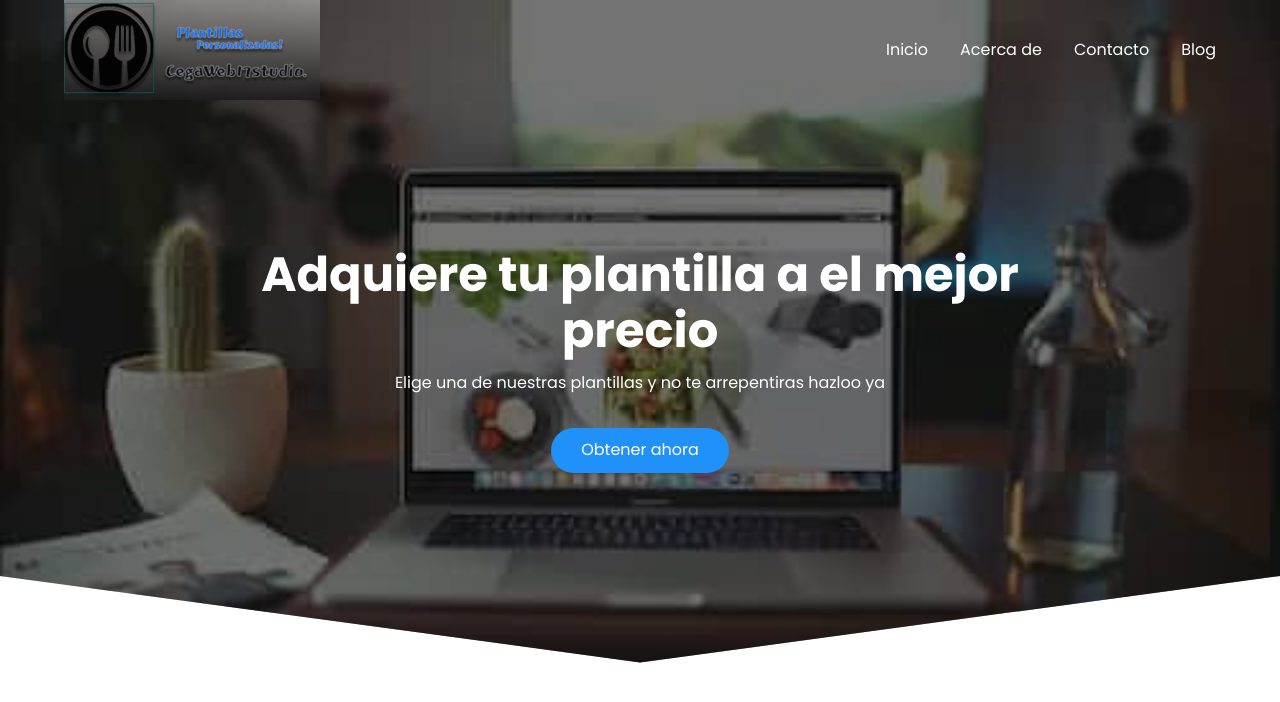
Repository: cega17/una-pagina-web
Page: index.html
These files come from the project's save history. The page is drawn as it stood at one moment and after the next save; the edit follows.
The browser window is 1280 px wide. The pictures show the whole page.

Above is the page before, as saved 2023-10-28 20:19:51.

### index.html
<!DOCTYPE html>
<html lang="en">
<head>
    <meta charset="UTF-8">
    <meta http-equiv="X-UA-Compatible" content="IE=edge">
    <meta name="viewport" content="width=device-width, initial-scale=1.0">
    <title>Una pagina web</title>
    <link rel="stylesheet" href="./css/normalize.css">
    <link rel="stylesheet" href="./css/styles.css">
    <link rel="icon" href="./imgs/logo.ico">
    <meta name="theme-color" content="#2091F9">

    <meta name="title" content="Obten la plantilla para tu negocio">
    <meta name="description"
        content="Hola, somos un equipo de desarrollo web que verás cuando busques algo de mi temática en Google.">
        <meta property="og:type" content="website">
    <meta property="og:url" content="Tu cueta donde este alojada la pagina web">

</head>
<body>

    <header class="hero">
        <nav class="nav container">
            <div class="nav__logo">
                <img src="./imgs/logo.ico" alt="" class="nav__title">
            </div>

            <ul class="nav__link nav__link--menu">
                <li class="nav__items">Inicio</li>
                <li class="nav__items">Acerca de</li>
                <li class="nav__items">Contacto</li>
                <li class="nav__items">Blog</li>

                <img src="./imgs/close.svg" alt="" class="nav__close">

            </ul>
            <div class="nav__menu">
                <img src="./imgs/menu.svg" alt="" class="nav__img">
            </div>
        </nav>

        <section class="hero__container container">
            <h1 class="hero__title">Adquiere tu plantilla a el mejor precio</h1>
            <p class="hero__paragrph">Elige una de nuestras plantillas y no te arrepentiras hazloo ya</p>
            <a href="#" class="cta">Obtener ahora</a>

        </section>

    </header>

</body>
</html>

### css/styles.css
@import url('https://fonts.googleapis.com/css2?family=Poppins:wght@300;400;600;700&display=swap');

:root {
    --padding-container: 100px 0;
    --color-title: #001A49;
}

body {
    font-family: 'Poppins', sans-serif;
}
.container{
    width: 90%;
    max-width: 1200px;
    margin: 0 auto;
    overflow: hidden;
    padding: var(--padding-container);
}

.hero{

    width: 100%;
    height: 100vh;
    min-height: 600px;
    max-height: 800px;
    position: relative;
    display: grid;
    grid-template-rows: 100px 1fr;
    color: #fff;
}

.hero::before{
    content: "";
    position: absolute;
    top: 0;
    left: 0;
    width: 100%;
    height: 100%;
    background-image: linear-gradient(180deg, #0000008c 0%, #0000008c 100%), url('../imgs/fondo-una-pagina.jpg');
    background-size: cover;
    clip-path: polygon(0 0, 100% 0, 100% 80%, 50% 92%, 0 80%);
    z-index: -1;
}

/* Inicio de nav*/

.nav{
    --padding-container:0;
    height: 100%;
    display:flex;
    align-items: center;
}
.nav__title{
    font-weight: 300;
}

.nav__link{
    margin-left: auto;
    padding: 0;
    display: grid;
    grid-auto-flow: column;
    grid-auto-columns: max-content;
    gap: 2em;
}
.nav__items{
    list-style: none;
}
.nav__links{
    color:#fff;
    text-decoration: none;
}
.nav__menu{
    margin-left: auto;
    cursor: pointer;
    display:none;
}
.nav__img{
    display: block;
    width: 30px;
}
.nav__close{
    display: var(--show, none);
}

/* fin de nav */

/* Inicio hero container */

.hero__container{
    max-width: 800px;
    --padding-container:0;
    display: grid;
    grid-auto-rows: max-content;
    align-content: center;
    gap: 1em;
    padding-bottom: 100px;
    text-align: center;
}
.nav__logo{
    background:linear-gradient(180deg, #d6d3d38c 0%, #191818f1 100%);
}
.hero__title{
    font-size: 3rem;

}
.hero__paragrph{
    margin-bottom: 20px;

}
.cta{
    display: inline-block;
    background-color: #2091f9;
    justify-self: center;
    color:#fff;
    text-decoration: none;
    padding:13px 30px ;
    border-radius: 32px;
}

### imgs/close.svg
<svg xmlns="http://www.w3.org/2000/svg" width="24" height="24" viewBox="0 0 24 24" style="fill: #fff);transform: ;msFilter:;"><path d="M12 2C6.486 2 2 6.486 2 12s4.486 10 10 10 10-4.486 10-10S17.514 2 12 2zm4.207 12.793-1.414 1.414L12 13.414l-2.793 2.793-1.414-1.414L10.586 12 7.793 9.207l1.414-1.414L12 10.586l2.793-2.793 1.414 1.414L13.414 12l2.793 2.793z"></path></svg>

### imgs/menu.svg
<svg xmlns="http://www.w3.org/2000/svg" width="24" height="24" viewBox="0 0 24 24" style="fill: #fff);transform: ;msFilter:;"><path d="M4 6h16v2H4zm4 5h12v2H8zm5 5h7v2h-7z"></path></svg>

Loaded but not shown: css/normalize.css (library)

After the next save:
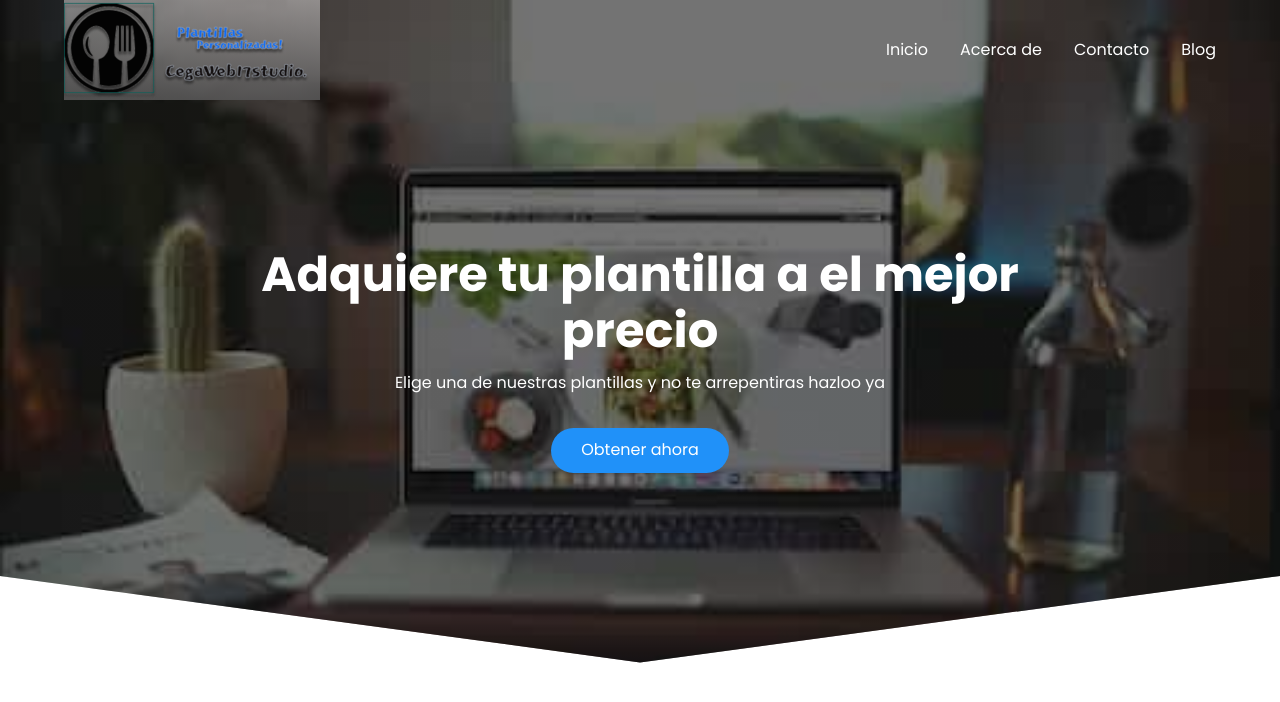
Saved 10 s later.
--- a/css/styles.css
+++ b/css/styles.css
@@ -96,7 +96,7 @@ body {
     text-align: center;
 }
 .nav__logo{
-    background:linear-gradient(180deg, #d6d3d38c 0%, #191818f1 100%);
+    background:linear-gradient(180deg, #d6d3d38c 0%, #525151f1 100%);
 }
 .hero__title{
     font-size: 3rem;
